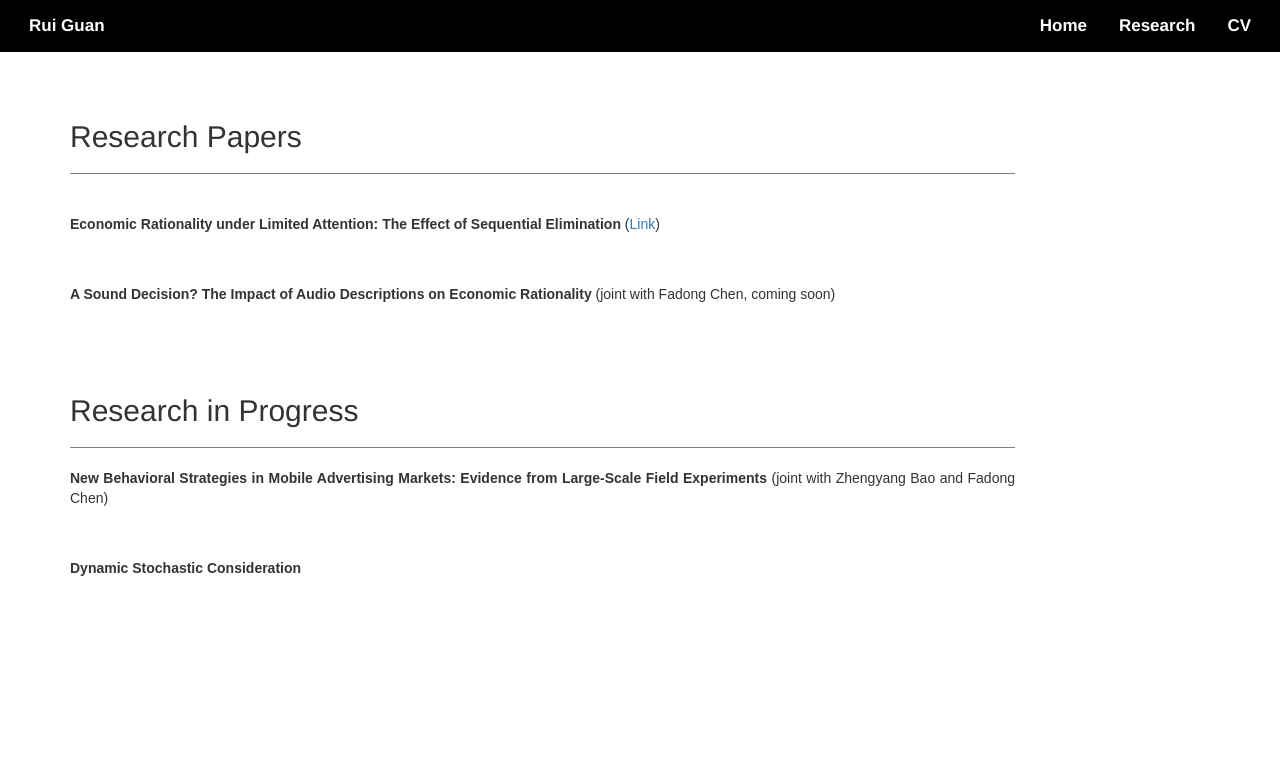
Repository: rui-guan/rui-guan.github.io
Page: research.html
An editor plug-in stored every save of this project. The page is shown before and after the next save, followed by the edit.
The browser window is 1280 px wide. The pictures show the whole page.

Above is the page before, as saved 2024-04-28 15:27:40.

### research.html

<!DOCTYPE html>
<html lang="en">


  <html lang="en">
    <head>
      <title>Rui Guan</title>
      <meta charset="utf-8">
      <meta name="viewport" content="width=device-width, initial-scale=1">
      <link rel="stylesheet" href="https://maxcdn.bootstrapcdn.com/bootstrap/3.3.6/css/bootstrap.min.css">
      <script src="https://ajax.googleapis.com/ajax/libs/jquery/1.12.0/jquery.min.js"></script>
      <script src="https://maxcdn.bootstrapcdn.com/bootstrap/3.3.6/js/bootstrap.min.js"></script>
      <link href='https://fonts.googleapis.com/css?family=Oswald:700' rel='stylesheet' type='text/css'>
      <style>

        p {text-align: justify;
          font-size: 14px;
          font-family: Arial, Helvetica, sans-serif;
        }


        nav{
    display: flex;
    position: fixed;
    top:0;
    width: 100%;
    background-color: black;
    overflow: auto;
    height: auto;
    padding-left: 15px;
    padding-right: 15px;
  }
  .left-links{
    flex:1 1 200px;
  }
  .links {
    display: inline-block;
    text-align: center;
    padding: 14px;
    color: white;
    text-decoration: none;
    font-size: 17px;
    font-weight: bolder;
  }
  .links:hover {
    color: white;
  }
  .selected{
    color: white;
  }

        </style>
    </head>
    <body>

    <!-- Navigation -->
<!-- Navigation -->
<nav>
  <div class="left-links">
    <a class="links"  href="index.html">Rui Guan</a>

  </div>
  <div class="right-links">

  <a class="links"  href="index.html">Home</a>
   <a class="links"  href="research.html">Research</a>
   <a class="links" href="./asset/cv.pdf">CV</a>
  </div>
  </nav>
  <!-- Page Content -->

  <br>
  <br>
  <br>
  <br>
  <br>

    <!-- Page Content -->
    <div class="container">

        <div class="row">
            <div class="col-md-10" style="height">
                <h2 id="slides">Research Papers</h2>
                <hr style="height:1px;border-width:0;color:gray;background-color:gray">
                <br>
                <p>
                  <strong>Economic Rationality under Limited Attention: The Effect of Sequential Elimination</strong> (<a href="./paper/ERuLA.pdf">Link</a>)
                </p>
                <br>
                <br>
                <p>
                  <strong>A Sound Decision? The Impact of Audio Descriptions on Economic Rationality </strong> (joint with Fadong Chen, coming soon)
                </p>
                <br>
                <br>
                <br>

            <h2 id="slides">Research in Progress</h2>
            <hr style="height:1px;border-width:0;color:gray;background-color:gray">
            <p>
              <strong>New Behavioral Strategies in Mobile Advertising Markets: Evidence from Large-Scale Field Experiments </strong> (joint with Zhengyang Bao and Fadong Chen)
            </p>
            <br>
            <br>
            <p>
              <strong>Dynamic Stochastic Consideration</strong>
            </p>
            <br>
            <br>
            <br>
            <br>
            <br>
            <br>
            <br>
            <br>
            <br>

          </div>
        </div>

    </div>
    <!-- /.container -->

</body>

</html>

After the next save:
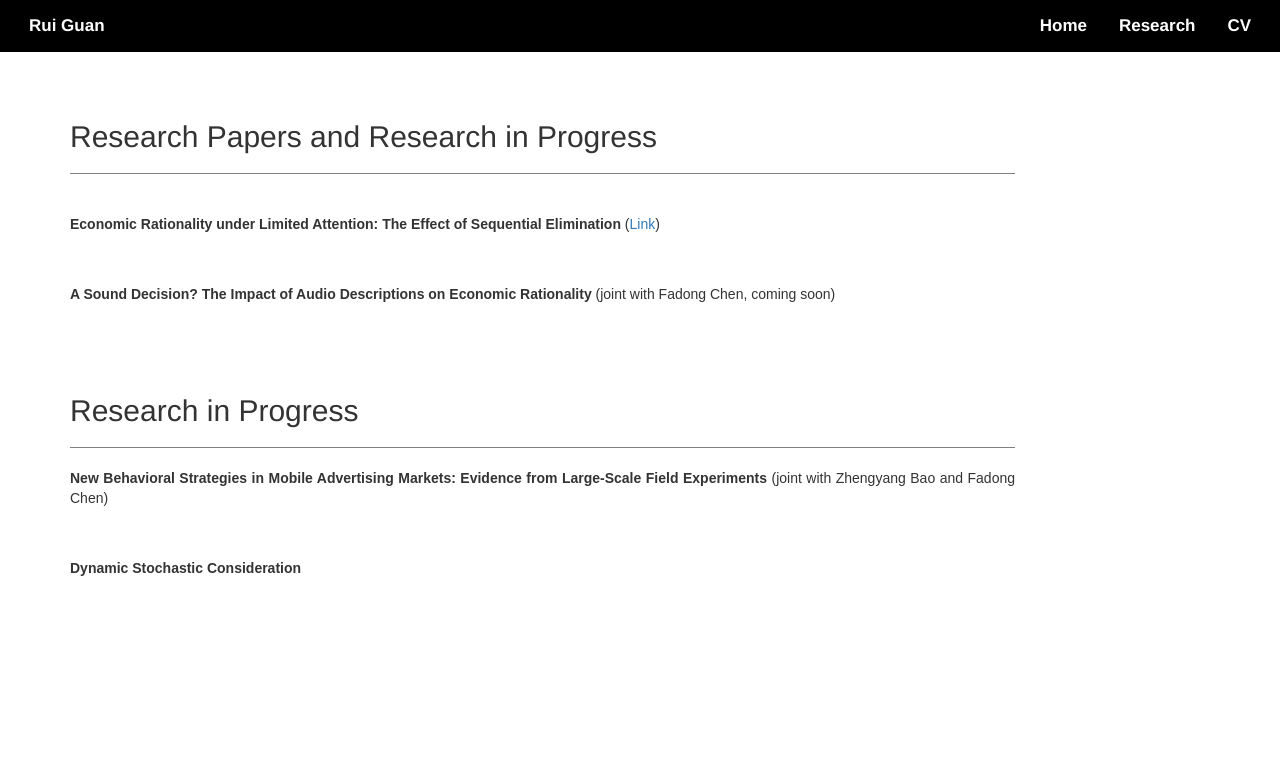
Saved 10 min 15 s later.
--- a/research.html
+++ b/research.html
@@ -81,7 +81,7 @@
 
         <div class="row">
             <div class="col-md-10" style="height">
-                <h2 id="slides">Research Papers</h2>
+                <h2 id="slides">Research Papers and Research in Progress</h2>
                 <hr style="height:1px;border-width:0;color:gray;background-color:gray">
                 <br>
                 <p>
